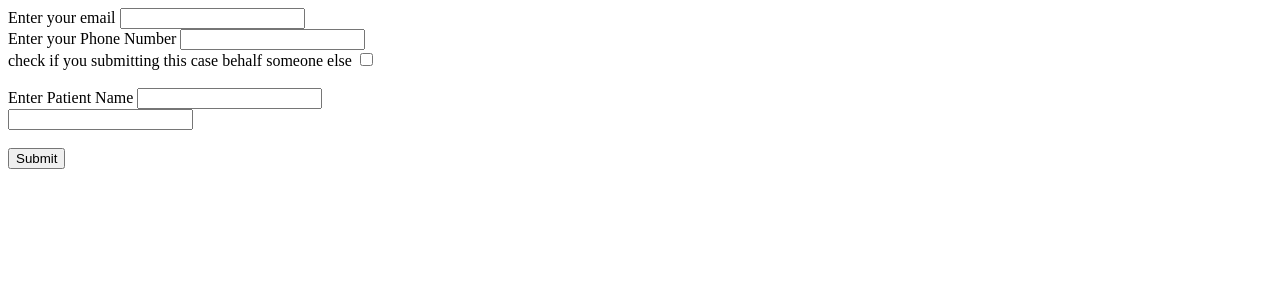
Repository: OmarAl-Saleh/Hospital-Emergency-System
Page: http://localhost/EmergencySystem/patient/sign-in.jsp
The author's editor kept a copy of each file at every save. The page is drawn from the files as they stood at one save, then again after the next save.
The browser window is 1280 px wide. The pictures show the whole page.
The page is served by Tomcat 9. Other server files are loaded and not shown.

Above is the page before, as saved 2024-05-22 09:55:56.

### EmergencySystem/EmergencySystem/src/main/webapp/patient/sign-in.jsp
<%@ page language="java" contentType="text/html; charset=ISO-8859-1"
    pageEncoding="ISO-8859-1"%>
<!DOCTYPE html>
<html>
<head>
<meta charset="ISO-8859-1">
<title>Patient sign in page</title>
</head>
<body>
<form action="patient" method="get">
<label>Enter your email</label>
<input type="email" name="email" required/>
<br>
<label>Enter your Phone Number</label>
<input type="tel" name="phoneNumber" required/>
<br>
<label>check if you submitting this case behalf someone else</label>
<input type="checkbox" name="sub_patient" />
<div>
<br>
<label>Enter Patient Name</label>
<input type="text" name="sub_patient_name"/>
<br>

<input type="text" name="sub_patient_relation"/>
</div>
<br>
<input type="submit" value="Submit" />

</form>
</body>
</html>

After the next save:
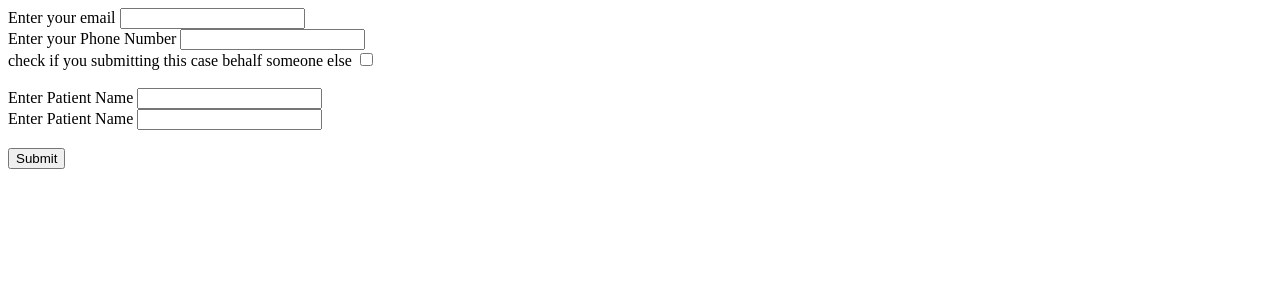
Saved 54 s later.
--- a/EmergencySystem/EmergencySystem/src/main/webapp/patient/sign-in.jsp
+++ b/EmergencySystem/EmergencySystem/src/main/webapp/patient/sign-in.jsp
@@ -21,7 +21,7 @@
 <label>Enter Patient Name</label>
 <input type="text" name="sub_patient_name"/>
 <br>
-
+<label>Enter Patient Name</label>
 <input type="text" name="sub_patient_relation"/>
 </div>
 <br>
